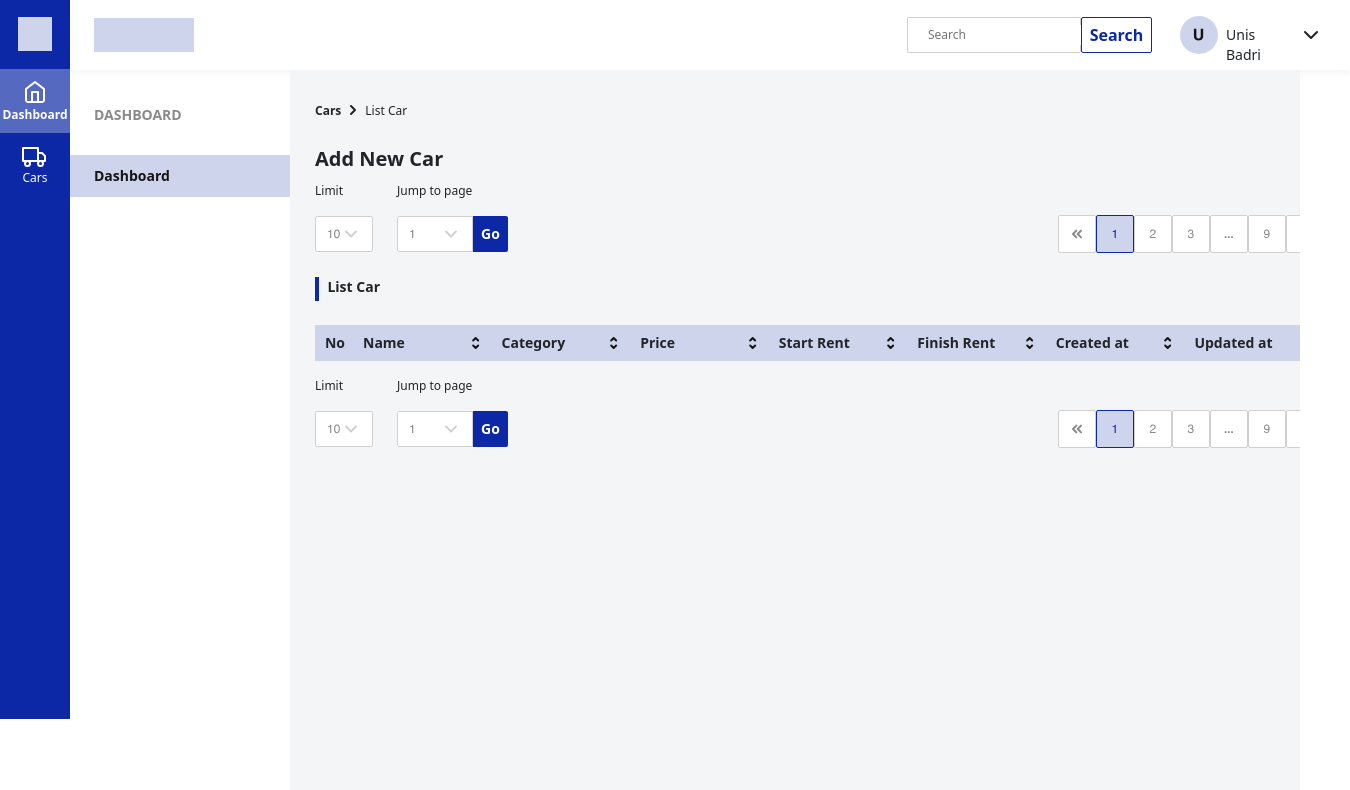
Repository: farrelmuhammad/challenge-7-binar
Page: /carlist/add
The author's editor kept a copy of each file at every save. The page is drawn from the files as they stood at one save, then again after the next save.
The browser window is 1280 px wide. The page is 1350 px wide, so the pictures cover 1350 px, including what lies to the right of the window. The pictures show the whole page.
The project was rebuilt for these pictures with package versions that can differ from the ones it lists, and the page was loaded fresh each time. Also part of the build but not shown: src/component/navbar.js, src/component/header.js, src/component/footer.js, src/App.js, src/component/admin/Dashboard/index.jsx, src/pages/admin/Dashboard.js, src/component/admin/Cars/index.jsx, src/pages/admin/CarsList.js and 2 more.

Above is the page before, as saved 2022-05-27 20:57:31.

### src/index.css
body {
  font-family: Helvetica Neue, Helvetica, Arial, sans-serif;
  font-style: normal;
  font-weight: normal;
  font-size: 14px;
  line-height: 20px;
  margin: 0;
  padding: 0;
}

h1,
h2,
h3,
h4,
h5 {
  line-height: 150%;
}

.header{
  background-color: #F1F3FF;
}

.footer i {
  color: #0D28A6;
  font-size: x-large;
}

.bg-darkblue{
  background-color: #0D28A6;
}

.logo {
  background-color: #0D28A6;
  width: 100px;
  height: 34px;
}

code {
  font-family: source-code-pro, Menlo, Monaco, Consolas, 'Courier New',
    monospace;
}

.card-cari {
  width: 1047px;
  /* height: 106px; */
  margin-top: -50px;
  z-index: 2;
}
.button-cari {
  width: 92px !important;
  margin-top: 30px;
  height: 36px;
}
.activeCari {
  height: 100%;
  width: 0;
  position: fixed;
  z-index: 2;
  top: 0;
  left: 0;
  background-color: rgba(0, 0, 0, 0.5);
  overflow-x: hidden;
  transition: 0.5s;
  padding-top: 34px;
}

### src/component/admin/Navbar.jsx
import { Link } from 'react-router-dom';
import './Navbar.css';

const Navbar = () => {
  return (
    <header>
      {/* navbar top */}
      <div className="nav-top navbar">
        <div className="logo"></div>
        <span
          className="icon-menu iconify"
          data-icon="charm:menu-hamburger"
          data-width="24"
        ></span>
        <form className="nav-search d-flex">
          <div className="box-search">
            <span
              className="iconify"
              data-icon="akar-icons:search"
              data-width="18"
            ></span>
            <input type="search" placeholder="Search" />
          </div>
          <button className="button-search" type="submit">
            Search
          </button>
        </form>
        <div className="profile">
          <img src="img/profile.svg" alt="profile" />
          <p>Unis Badri</p>
          <img className="dropdown" src="img/dropdown.svg" alt="dropdown" />
        </div>
      </div>

      {/* navbar side */}
      <div className="nav-side">
        <div className="nav-blue">
          <div className="square"></div>
          <div className="frame-menu">
            <div className="dash-img" id="active">
              <a href="/dashboard">
                <img src="/img/dashboard.svg" alt="dashboard" />
              </a>
              <a href="/dashboard">Dashboard</a>
            </div>
            <div className="dash-img">
              <Link to="/carlist">
              <a>
                <img src="/img/cars.svg" alt="cars" />
                Cars
              </a>
              </Link>
            </div>
          </div>
        </div>
        <div className="nav-white">
          <div className="title-menu">
            <h1>DASHBOARD</h1>
          </div>
          <div className="list-menu">
            <h1>Dashboard</h1>
          </div>
        </div>
      </div>
    </header>
  );
};

export default Navbar;

### src/component/admin/Cars/add/index.jsx
import React from 'react'
import { Link } from 'react-router-dom'

export const AddCar = () => {
  return (
    <>
            <div className="content">
                <div className="breadcrumb">
                <h1>Cars</h1>
                <img src="../img/arrow-right.svg" alt="arrow-right" />
                <p>List Car</p>
                </div>
                <div className="col">
                    <h1 className="title-h1">Add New Car</h1>
                </div>



                {/* order table */}
                <div className="container-input">

                </div>

                {/* table navigation */}
                <div className="table-nav">
                <div className="limit-nav">
                    <p>Limit</p>
                    <img src="../img/form-drop.svg" alt="form-drop" />
                </div>
                <div className="jump-nav">
                    <p>Jump to page</p>
                    <img src="../img/form-drop-2.svg" alt="form-drop-2" />
                </div>
                <div className="go-nav">
                    <h1>Go</h1>
                </div>
                <div className="page-number">
                    <img src="../img/page-number.svg" alt="page-number" />
                </div>
                </div>

                <div className="list-car">
                <img src="../img/line-blue.svg" alt="" />
                <h1>List Car</h1>
                </div>
                {/* car table */}
                <div className="list-table">
                <table className="table table-borderless">
                    <thead>
                    <tr>
                        <th style={{ textAlign: "center" }}>No</th>
                        <th>
                        Name
                        <img className="sort" src="img/sort.svg" alt="sort" />
                        </th>
                        <th>
                        Category
                        <img className="sort" src="img/sort.svg" alt="sort" />
                        </th>
                        <th>
                        Price
                        <img className="sort" src="img/sort.svg" alt="sort" />
                        </th>
                        <th>
                        Start Rent
                        <img className="sort" src="img/sort.svg" alt="sort" />
                        </th>
                        <th>
                        Finish Rent
                        <img className="sort" src="img/sort.svg" alt="sort" />
                        </th>
                        <th>
                        Created at
                        <img className="sort" src="img/sort.svg" alt="sort" />
                        </th>
                        <th>
                        Updated at
                        <img className="sort" src="img/sort.svg" alt="sort" />
                        </th>
                    </tr>
                    </thead>
                    <tbody>
                    {/* {dataCarAdmin?.map((car, i) => (
                        <>
                        <tr>
                            <td key={car.id} style={{ textAlign: "center" }}>
                            {i + 1}
                            </td>
                            <td>{car.name}</td>
                            <td>{car.category}</td>
                            <td>{car.price}</td>
                            <td>{car.start_rent_at}</td>
                            <td>{car.finish_rent_at}</td>
                            <td>{car.createdAt}</td>
                            <td>{car.updatedAt}</td>
                        </tr>
                        </>
                    ))} */}
                    </tbody>
                </table>
                </div>

                {/* table navigation */}
                <div className="table-nav">
                <div className="limit-nav">
                    <p>Limit</p>
                    <img src="img/form-drop.svg" alt="form-drop" />
                </div>
                <div className="jump-nav">
                    <p>Jump to page</p>
                    <img src="img/form-drop-2.svg" alt="form-drop-2" />
                </div>
                <div className="go-nav">
                    <h1>Go</h1>
                </div>
                <div className="page-number">
                    <img src="img/page-number.svg" alt="page-number" />
                </div>
                </div>
            </div>
            </>
  )
}

export default AddCar

### src/component/admin/Navbar.css
h1 {
    font-size: 14px;
    line-height: 20px;
}

header .nav-top {
    position: absolute;
    width: 1280px;
    height: 70px;
    left: 70px;
    right: 0;
    top: 0px;
    box-shadow: 0px 2px 8px rgba(0, 0, 0, 0.05);
}

header .nav-top .logo {
    position: absolute;
    width: 100px;
    height: 34px;
    left: 24px;
    top: 18px;
    background: #CFD4ED;
}

header .nav-top .icon-menu {
    position: absolute;
    width: 24px;
    height: 24px;
    left: 244px;
    top: 23px;
}

header .nav-top .nav-search {
    display: flex;
    flex-direction: row;
    align-items: flex-start;
    padding: 0px;
    position: absolute;
    width: 245px;
    height: 36px;
    left: 837px;
    top: 17px;
}

header .nav-top .nav-search .box-search {
    display: flex;
    flex-direction: row;
    align-items: center;
    padding-left: 12px;
    width: 174px;
    height: 36px;
    border: 1px solid #D0D0D0;
    border-radius: 2px;
    font-size: 12px;
    line-height: 18px;
    color: #8A8A8A;
}

header .nav-top .nav-search .box-search > input {
    border: none;
    outline: none;
    padding-left: 8px;
}

header .nav-top .nav-search .button-search {
    display: flex;
    flex-direction: row;
    justify-content: center;
    align-items: center;
    padding: 8px 12px;
    width: 71px;
    height: 36px;
    background-color: white;
    border: 1px solid #0D28A6;
    border-radius: 2px;
    font-weight: 700;
    color:#0D28A6;
}

header .nav-top .profile {
    display: flex;
    flex-direction: row;
    align-items: center;
    position: absolute;
    width: 143px;
    height: 38px;
    left: 1110px;
    right: 24px;
    top: 16px;
}

header .nav-top .profile > p {
    position: absolute;
    width: 65px;
    height: 20px;
    left: 46px;
    top: 9px;
    font-weight: 400;
    font-size: 14px;
    line-height: 20px;
}

header .nav-top .profile .dropdown {
    position: absolute;
    width: 24px;
    height: 24px;
    left: 119px;
    top: 7px;
}

header .nav-side {
    position: absolute;
    width: 290px;
    height: 100%;
    left: 0px;
    top: -1px;
}

header .nav-side .nav-blue {
    position: absolute;
    left: 0%;
    right: 75.86%;
    top: 0%;
    bottom: 0%;
    background: #0D28A6;
}

header .nav-side .nav-blue .square {
    position: absolute;
    width: 34px;
    height: 34px;
    left: 18px;
    top: 18px;
    background: #CFD4ED;
}

header .nav-side .nav-blue .frame-menu {
    display: flex;
    flex-direction: column;
    align-items: flex-start;
    padding: 0px;
    position: absolute;
    width: 70px;
    height: 128px;
    left: 0px;
    top: 70px;
}

header .nav-side .nav-blue .frame-menu .dash-img {
    display: flex;
    flex-direction: column;
    justify-content: center;
    align-items: center;
    padding: 20px 23px;
    position: static;
    width: 70px;
    height: 64px;
    left: 0px;
    top: 0px;
}

#active {
    font-weight: 700;
    background: rgba(255, 255, 255, 0.3);
}

header .nav-side .nav-blue .frame-menu .dash-img a {
    font-size: 12px;
    line-height: 18px;
    margin-top: 2px;
    text-decoration: none;
    color: white;
}

header .nav-side .nav-blue img:last-child {
    margin-top: 0;
}

header .nav-side .nav-white {
    position: absolute;
    left: 24.14%;
    right: 0%;
    top: 7.76%;
    bottom: 0.22%;
}

header .nav-side .nav-white .title-menu {
    position: absolute;
    width: 220px;
    height: 42px;
    left: 24px;
    top: 50px;
}

header .title-menu h1 {
    font-weight: 700;
    color: #8A8A8A;
    left: 24px;
}

header .nav-side .nav-white .list-menu {
    position: static;
    margin-top: 100px;
    width: 220px;
    height: 42px;
    padding: 11px 24px;
    background: #CFD4ED;
}

header .list-menu h1 {
    font-weight: 700;
    color: #151515;
    left: 24px;
}

### src/component/admin/Dashboard/Content.css
.content {
    position: absolute;
    overflow: auto;
    left: 290px;
    top: 70px;
    /* width: 1280px; */
    height: 100%;
    background: #F4F5F7;
    font-size: 14px;
    line-height: 20px;
}

.content .breadcrumb {
    position: absolute;
    width: 300px;
    height: 18px;
    left: 25px;
    top: 32px;
}

.content .breadcrumb > h1 {
    font-size: 12px;
    line-height: 18px;
    font-weight: 700;
}

.content .breadcrumb > p {
    font-size: 12px;
    line-height: 18px;
    font-weight: 300;
}

.content .breadcrumb > img {
    width: 16px;
    height: 16px;
    margin-left: 4px;
    margin-right: 4px;
}

.content .title-h1 {
    font-size: 20px;
    line-height: 30px;
    font-weight: 700;
    margin-left: 25px;
    margin-top:74px;
}

.content .list-order {
    margin-top: 24px;
    position: absolute;
    width: 79px;
    height: 24px;
    margin-left: 25px;
}

.content .list-order > img {
    width: 4px;
    height: 24px;
}

.content .list-order > h1 {
    float: right;
    font-weight: 700;
    margin-left: 8px;
}

.content .list-table table {
    margin-left: 25px;
    margin-top: 72px;
    width: 100%;
    table-layout: fixed;
    background-color: white;
    border: 1px solid none;
    border-radius: 2px;
}

.content .list-table table thead {
    background-color: rgba(207, 212, 237, 1);
    font-weight: 700;
}

.content .list-table table thead th:first-child {
    width: 40px;
}

.content .list-table table thead th > img {
    float: right;
}

.content .table-nav {
    display: flex;
    flex-direction: row;
    width: 1010px;
    font-size: 12px;
    line-height: 18px;
    font-weight: 300;
}

.content .table-nav .limit-nav{
    margin-left: 25px;
}

.content .table-nav .limit-nav p {
    font-size: 12px;
    line-height: 18px;
}

.content .table-nav .jump-nav {
    margin-left: 24px;
}

.content .table-nav .jump-nav p {
    font-size: 12px;
    line-height: 18px;
}

.content .table-nav .go-nav {
    width: 43px;
    height: 36px;
    margin-top: 34px;
    background: #0D28A6;
    border-radius: 0px 2px 2px 0px;
}

.content .table-nav .go-nav > h1 {
    text-align: center;
    font-weight: bold;
    color: white;
    padding: 8px 8px;
}

.content .table-nav .page-number {
    margin-top: 33px;
    margin-left: 550px;
}

.content .list-car {
    margin-top: 24px;
    position: absolute;
    width: 65px;
    height: 24px;
    margin-left: 25px;
}

.content .list-car > img {
    width: 4px;
    height: 24px;
}

.content .list-car > h1 {
    float: right;
    font-weight: 700;
    margin-left: 8px;
}

.content .title-button-car {
    display: inline-flex;
}

.content .title-button-car > h1 {
    margin-right: 800px;
}

.content .title-button-car > a img {
    margin-top: 74px;
}

.content .button-category {
    margin-top: 24px;
    margin-left: 8px;
    display: inline-flex;
}

.content .button-category img {
    margin-left: 16px;
}

.content .cars-card {
    width: 320px;
    height: 482px;
    margin-left: 25px;
    margin-top: 24px;
    box-shadow: 0px 0px 4px rgba(0, 0, 0, 0.15);
    border-radius: 8px;
}

.content .cars-card .card-img-top {
    width: 270px;
    height: 160px;
    margin: auto;
    margin-top: 55px;
}

.content .cars-card .card-body {
    padding: 24px;
}

.content .cars-card .card-body .bold-h1 {
    font-weight: 700;
    font-size: 16px;
    line-height: 24px;
    margin-bottom: 0;
}

.content .cars-card .card-body-text {
    display: inline-flex;
    width: 303px;
    height: 20px;
    margin-top: 16px;
}

.content .cars-card .card-body-text img {
    margin-right: 8px;
    width: 20px;
    height: 20px;
}

.content .cars-card .button-card {
    display: inline-flex;
    margin-left: 8px;
    margin-top: 24px;
}

.content .cars-card .button-card img {
    width: 120px;
}

.content .cars-card .button-card img:last-child {
    margin-left: 16px;
}

.content .form-add-new-car {
    width: 1010px;
    height: 350px;
    background: white;
    margin-top: 32px;
    margin-left: 25px;
}

.content .form-add-new-car .content-form {
    padding-top: 16px;
    padding-left: 25px;
    font-weight: 300;
    font-size: 12px;
    line-height: 18px;
}

.content .form-add-new-car .content-form label {
    width: 147px;
}

.content .form-add-new-car .content-form input {
    width: 339px;
    height:auto;
    border: 1px solid #D0D0D0;
    border-radius: 2px;
    color: #8A8A8A;
    font-weight: 300;
    font-size: 12px;
    line-height: 18px;
}

.content .form-add-new-car .content-form .content-box {
    margin-left: 4px;
}

.content .form-add-new-car .content-h1 h1 {
    display: inline-flex;
    margin-left: 25px;
    margin-top: 16px;
    font-weight: 300;
    font-size: 12px;
    line-height: 18px;
}

.content .form-add-new-car .content-h1 h1:first-child {
    width: 147px;
}

.content .form-add-new-car .content-h1 h1:last-child {
    margin-left: 8px;
}

.content .button-form {
    display: inline-flex;
    margin-left: 9px;
}

.content .button-form img {
    margin-left: 16px;
    margin-top: 282px;
    margin-bottom: 40px;
}

Loaded but not shown: public/index.html (common file); src/app/store.js (common file); src/reportWebVitals.js (common file); src/features/counter/counterAPI.js (common file); src/features/counter/counterSlice.js (73 lines, source omitted); src/Routes.js (25 lines, source omitted); src/index.js (26 lines, source omitted); src/pages/admin/AddCar.js (14 lines, source omitted); src/component/admin/Cars/Content.css (338 lines, source omitted)

After the next save:
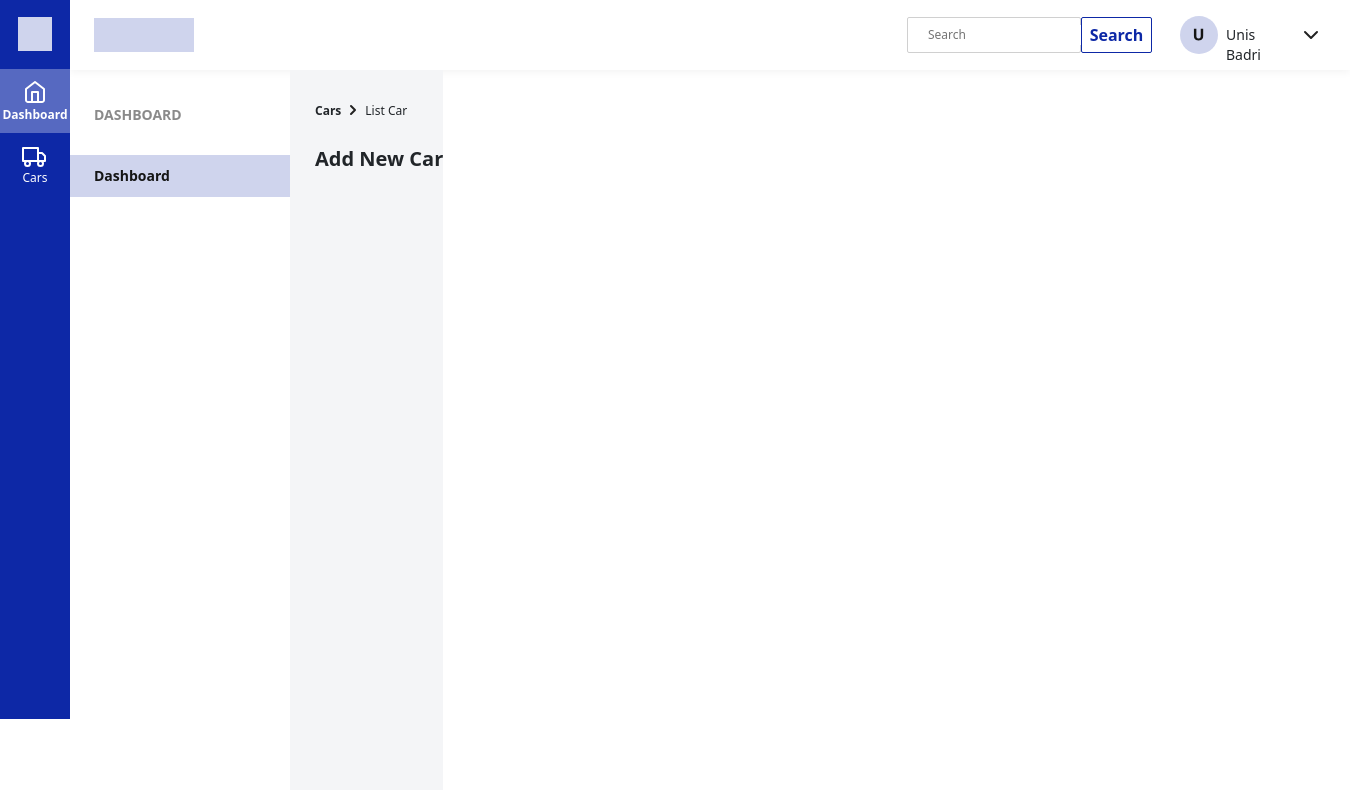
Saved 13 s later.
--- a/src/component/admin/Cars/add/index.jsx
+++ b/src/component/admin/Cars/add/index.jsx
@@ -21,102 +21,7 @@ export const AddCar = () => {
 
                 </div>
 
-                {/* table navigation */}
-                <div className="table-nav">
-                <div className="limit-nav">
-                    <p>Limit</p>
-                    <img src="../img/form-drop.svg" alt="form-drop" />
-                </div>
-                <div className="jump-nav">
-                    <p>Jump to page</p>
-                    <img src="../img/form-drop-2.svg" alt="form-drop-2" />
-                </div>
-                <div className="go-nav">
-                    <h1>Go</h1>
-                </div>
-                <div className="page-number">
-                    <img src="../img/page-number.svg" alt="page-number" />
-                </div>
-                </div>
 
-                <div className="list-car">
-                <img src="../img/line-blue.svg" alt="" />
-                <h1>List Car</h1>
-                </div>
-                {/* car table */}
-                <div className="list-table">
-                <table className="table table-borderless">
-                    <thead>
-                    <tr>
-                        <th style={{ textAlign: "center" }}>No</th>
-                        <th>
-                        Name
-                        <img className="sort" src="img/sort.svg" alt="sort" />
-                        </th>
-                        <th>
-                        Category
-                        <img className="sort" src="img/sort.svg" alt="sort" />
-                        </th>
-                        <th>
-                        Price
-                        <img className="sort" src="img/sort.svg" alt="sort" />
-                        </th>
-                        <th>
-                        Start Rent
-                        <img className="sort" src="img/sort.svg" alt="sort" />
-                        </th>
-                        <th>
-                        Finish Rent
-                        <img className="sort" src="img/sort.svg" alt="sort" />
-                        </th>
-                        <th>
-                        Created at
-                        <img className="sort" src="img/sort.svg" alt="sort" />
-                        </th>
-                        <th>
-                        Updated at
-                        <img className="sort" src="img/sort.svg" alt="sort" />
-                        </th>
-                    </tr>
-                    </thead>
-                    <tbody>
-                    {/* {dataCarAdmin?.map((car, i) => (
-                        <>
-                        <tr>
-                            <td key={car.id} style={{ textAlign: "center" }}>
-                            {i + 1}
-                            </td>
-                            <td>{car.name}</td>
-                            <td>{car.category}</td>
-                            <td>{car.price}</td>
-                            <td>{car.start_rent_at}</td>
-                            <td>{car.finish_rent_at}</td>
-                            <td>{car.createdAt}</td>
-                            <td>{car.updatedAt}</td>
-                        </tr>
-                        </>
-                    ))} */}
-                    </tbody>
-                </table>
-                </div>
-
-                {/* table navigation */}
-                <div className="table-nav">
-                <div className="limit-nav">
-                    <p>Limit</p>
-                    <img src="img/form-drop.svg" alt="form-drop" />
-                </div>
-                <div className="jump-nav">
-                    <p>Jump to page</p>
-                    <img src="img/form-drop-2.svg" alt="form-drop-2" />
-                </div>
-                <div className="go-nav">
-                    <h1>Go</h1>
-                </div>
-                <div className="page-number">
-                    <img src="img/page-number.svg" alt="page-number" />
-                </div>
-                </div>
             </div>
             </>
   )
